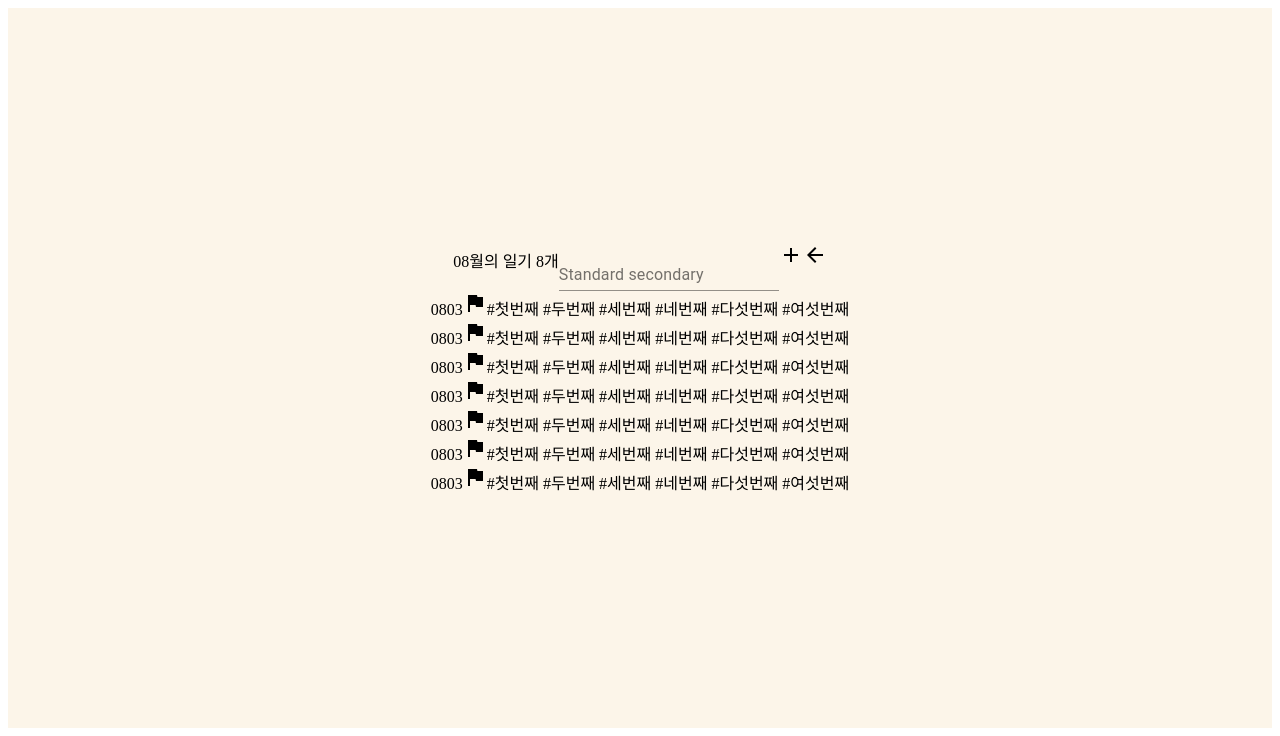
Repository: IMHANA/diary
Page: /list
The author's editor kept a copy of each file at every save. The page is drawn from the files as they stood at one save, then again after the next save.
The browser window is 1280 px wide. The pictures show the whole page.
The project was rebuilt for these pictures with package versions that can differ from the ones it lists, and the page was loaded fresh each time. Also part of the build but not shown: src/App.css, src/pages/Main/main.js, src/pages/Month/month.js.

Above is the page before, as saved 2021-08-05 14:43:22.

After the next save:
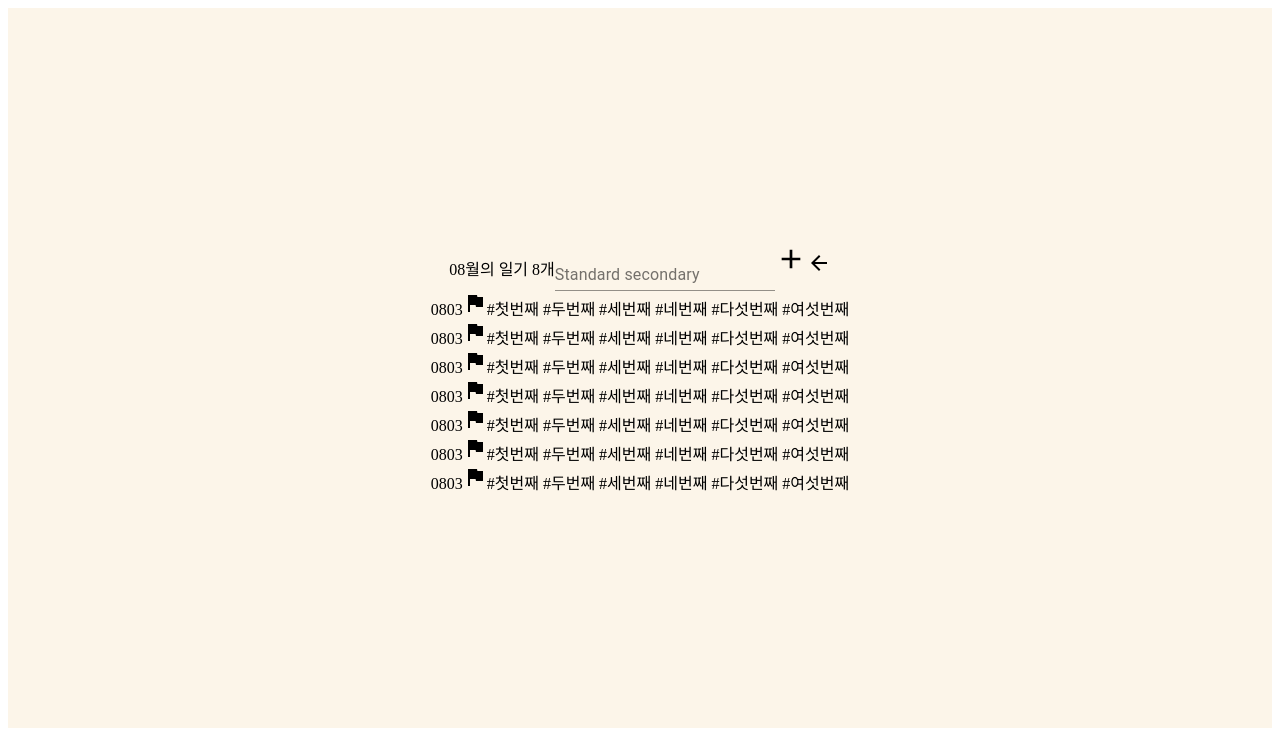
Saved 91 s later.
--- a/src/pages/DayList/dayList.js
+++ b/src/pages/DayList/dayList.js
@@ -9,7 +9,7 @@ export default class dayList extends Component {
                 <div>
                     <span>08</span><span>월의 일기 8개</span>
                     <TextField id="standard-secondary" label="Standard secondary" color="secondary" />
-                    <Add fontSize='35px'/>
+                    <Add style={{fontSize: '32px'}}/>
                     <ArrowBack />
                 </div>
                 <div>
